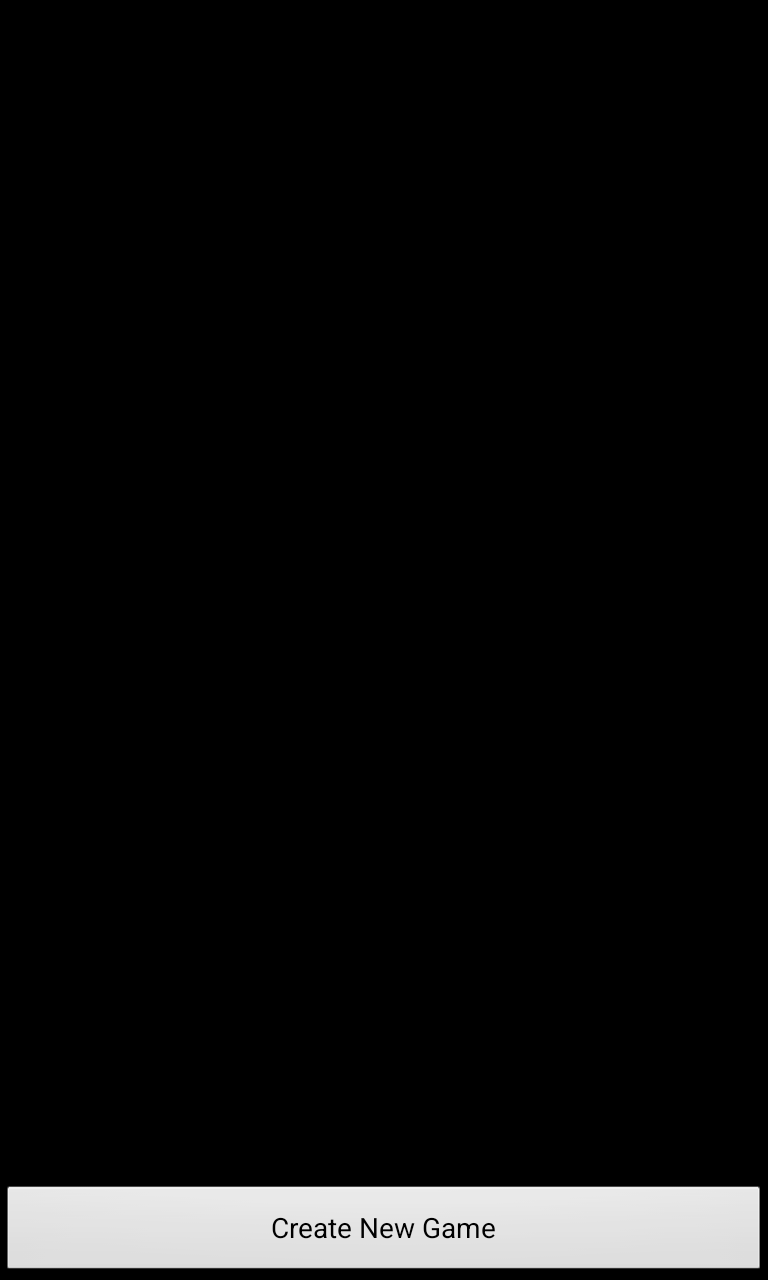
Repository: gik0geck0/AlterEgo
Layout: AlterEgo/res/layout/activity_main.xml
The author's editor kept a copy of each file at every save. The layout is drawn from the files as they stood at one save, then again after the next save.
It is drawn on a 768 x 1280 px phone screen (xhdpi) without system bars, with theme android:Theme; the app's code is not run. Lists and similar views that code fills are empty.

Above is the layout before, as saved 2013-10-15 23:01:07.

### AlterEgo/res/layout/activity_main.xml
<?xml version="1.0" encoding="utf-8"?>
<LinearLayout xmlns:android="http://schemas.android.com/apk/res/android"
    android:id="@+id/main_layout"
    android:orientation="vertical"
    android:layout_width="match_parent"
    android:layout_height="match_parent" >

    <ListView
        android:id="@+id/main_game_list_view"
        android:layout_width="match_parent"
        android:layout_height="0.0dp"
        android:layout_weight="1"
        android:longClickable="true"
        android:text="@string/main_game_list_view"/>

    <Button
        android:id="@+id/main_new_game"
        android:layout_width="match_parent"
        android:layout_height="wrap_content"
        android:layout_weight="0"
        android:text="@string/main_new_game" />

</LinearLayout>

### AlterEgo/res/values/strings.xml
<?xml version="1.0" encoding="utf-8"?>
<resources>
	<!--  App Name -->
    <string name="app_name">AlterEgo</string>

    <!-- Flip Pages Title -->
    <string name="title_character">Character</string>
    <string name="title_inventory">Inventory</string>
    <string name="title_notes">Notes</string>


    <!-- Character -->
    <string name="nochar_tv">Create Character</string>
    <string name="nochar_button">Make New Character</string>
    <string name="char_name">Character Name</string>
    <string name="char_desc">Character Description</string>
    <string name="char_attributes">Character Attributes</string>

    <!-- Character Dialogue -->
    <string name="char_name_dial">Character Name</string>
    <string name="char_desc_dial">Character Description</string>

    <!-- Inventory -->
    <string name="inventory_list">View Inventory</string>

    <!-- Notes -->
    <string name="notes_list">View Notes</string>
    <string name="notes_add_notes">Add Note</string>

    <!-- Notes Dialogue -->
    <string name="notes_subject">Subject</string>
    <string name="notes_desc">Details</string>

    <!-- Database -->
    <string name="gameid">GAMEID</string>
    <string name="charid">CHARID</string>

    <!-- Dialogue Default Options -->
    <string name="cancel">Cancel</string>
    <string name="create">Create</string>

    <!-- Default Menu -->
    <string name="action_settings">Settings</string>

    <!-- Main Activity -->
    <string name="main_new_game">Create New Game</string>
    <string name="main_game_list_view">View Inventory</string>

    <!-- Main Activity Menu -->
    <string name="action_new_game">Create New Game</string>

    <!-- Game Activity -->

    <!-- Game Activity Menu -->
    <string name="action_new_character">Create New Character</string>

    <!-- New Game Dialogue -->
    <string name="game_name">Game Name</string>

    <!-- LongClick -->
    <string name="context_edit">Edit</string>
    <string name="context_delete">Delete</string>
</resources>

After the next save:
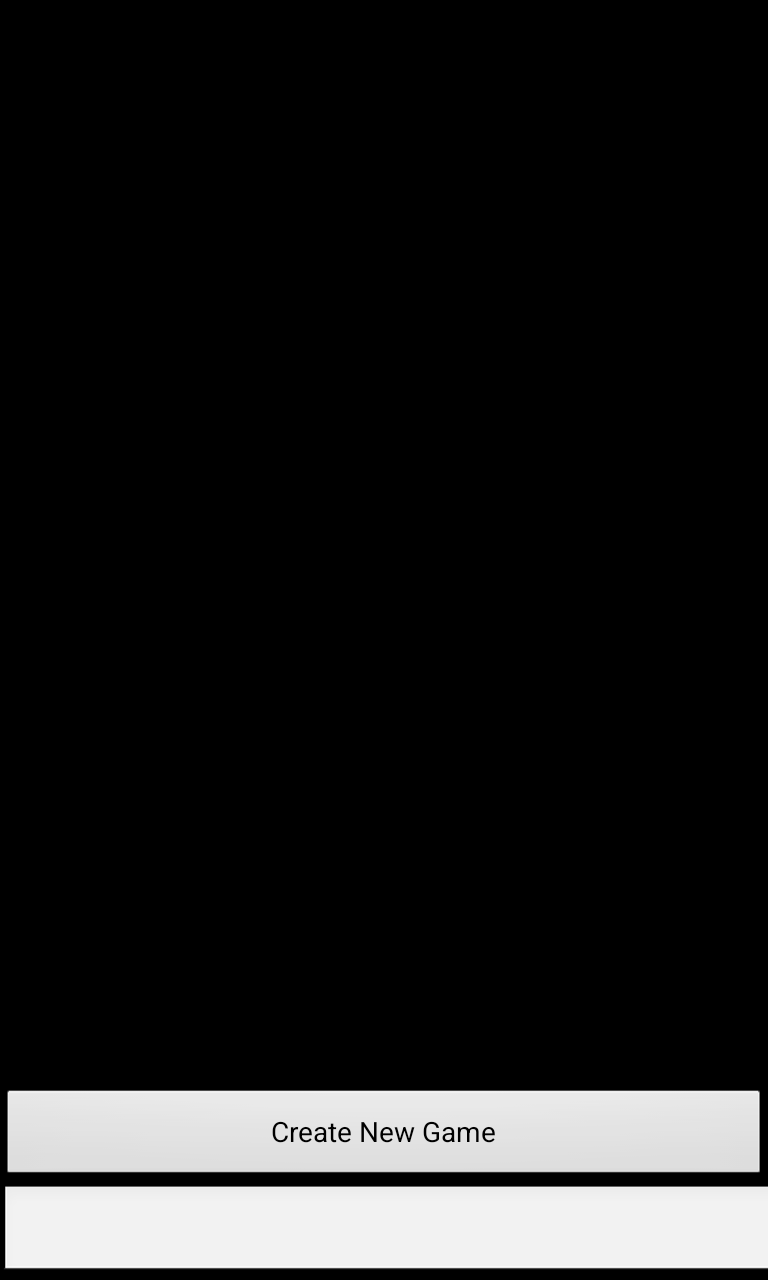
Saved 108 s later.
--- a/AlterEgo/res/layout/activity_main.xml
+++ b/AlterEgo/res/layout/activity_main.xml
@@ -20,4 +20,10 @@
         android:layout_weight="0"
         android:text="@string/main_new_game" />
 
+    <!-- Context Menu for Main -->
+    <EditText
+        android:id="@+id/main_context_edit"
+        android:layout_height="wrap_content"
+        android:singleLine="true"
+        android:layout_width="400dip" />
 </LinearLayout>
